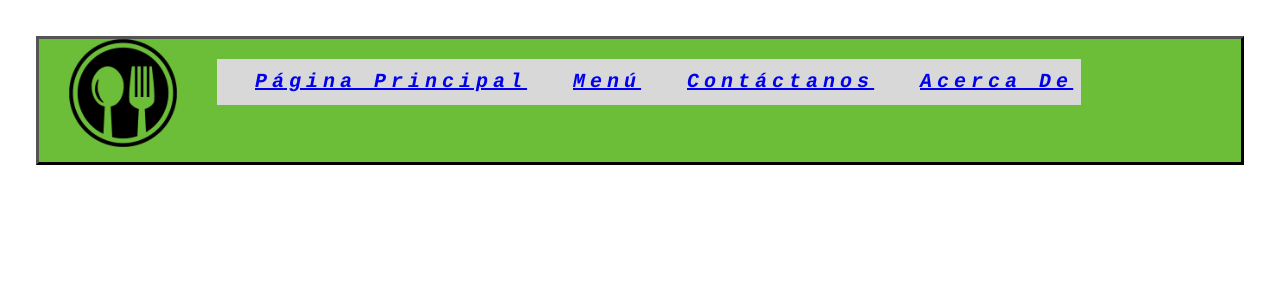
Repository: UVMCoyoacan/eq06_sitio1
Page: index.html
These files come from the project's save history. The page is drawn as it stood at one moment and after the next save; the edit follows.
The browser window is 1280 px wide. The pictures show the whole page.

Above is the page before, as saved 2024-03-07 10:19:38.

### index.html
<!DOCTYPE html>
<html>
    <head>
        <link rel="stylesheet" href="./Carpeta estilos/estilo1.css"/>
        <meta charset="utf-8" />
    </head>
    <body>
        <header id="parte_inicial" role="banner">
            <div class="encabezado" style="display: flex;   flex-wrap: wrap; ">
                    <div style="flex-wrap:wrap; text-align: center; white-space: nowrap; ">
                    <img width="108" height="108" src="./Carpeta ims/tres.png" onclick="redirigirIndex()" style="text-align: left; cursor:pointer; text-align: center;";>

                    </div>
            <div >
            <ul >
                <li  ><a href="#">Página principal</a></li>
                <li ><a href="./Carpeta docs/menu.html">Menú</a></li>
                <li ><a href="./Carpeta docs/contactos.html">Contáctanos</a></li>
                <li ><a class="active" href="./Carpeta docs/acercade.html">Acerca de</a></li>
            </ul>
        </div>
            </div>
        </header>
    </body>
    <script src="./Carpeta js/js1.js">
    </script>
</html>

### Carpeta estilos/estilo1.css
body{
  background-color:#ffffff;
  font-size:20px;
  font-family:Courier;
  font-weight:bold;
  font-style:normal;
  line-height:30px;
  letter-spacing:5px;
  padding: 28px;
  text-transform:capitalize;
  text-align:left;
  text-indent:30px;
}
header{
  background-color:#6cbe39;
  font-size:20px;
  font-family:Courier;
  font-weight:bold;
  font-style:italic;
  line-height:40px;
  letter-spacing:5px;
  text-transform:capitalize;
  text-align:left;
  text-indent:30px;
  border-style: outset;
  border-color: #000000;

}
li {
  display: inline;
  float: left;
  background-color:#D8D8D8;
  font-size:20px;
  font-family:Courier;
  font-weight:bold;
  font-style:oblique;
  line-height:30px;
  letter-spacing:5px;
  text-decoration:underline;
  text-transform:capitalize;
  text-align:left;
  text-indent:30px;
}


a {
  display: block;
  padding: 8px;
  background-color:#D8D8D8;
}
.active {
  background-color:transparent;

}

#titulo{
  text-decoration: overline underline;
  font-size:30px;
  font-style:oblique;

}
ul {
  margin-left: auto;
}

### Carpeta js/js1.js
function redirigirIndex() {
    window.location.href = '#';
}

After the next save:
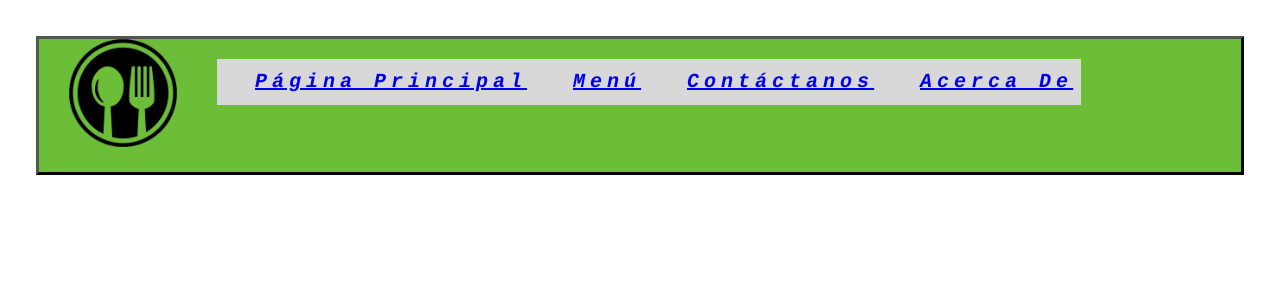
Saved 15 s later.
--- a/Carpeta estilos/estilo1.css
+++ b/Carpeta estilos/estilo1.css
@@ -17,7 +17,7 @@ header{
   font-family:Courier;
   font-weight:bold;
   font-style:italic;
-  line-height:40px;
+  line-height:60px;
   letter-spacing:5px;
   text-transform:capitalize;
   text-align:left;
